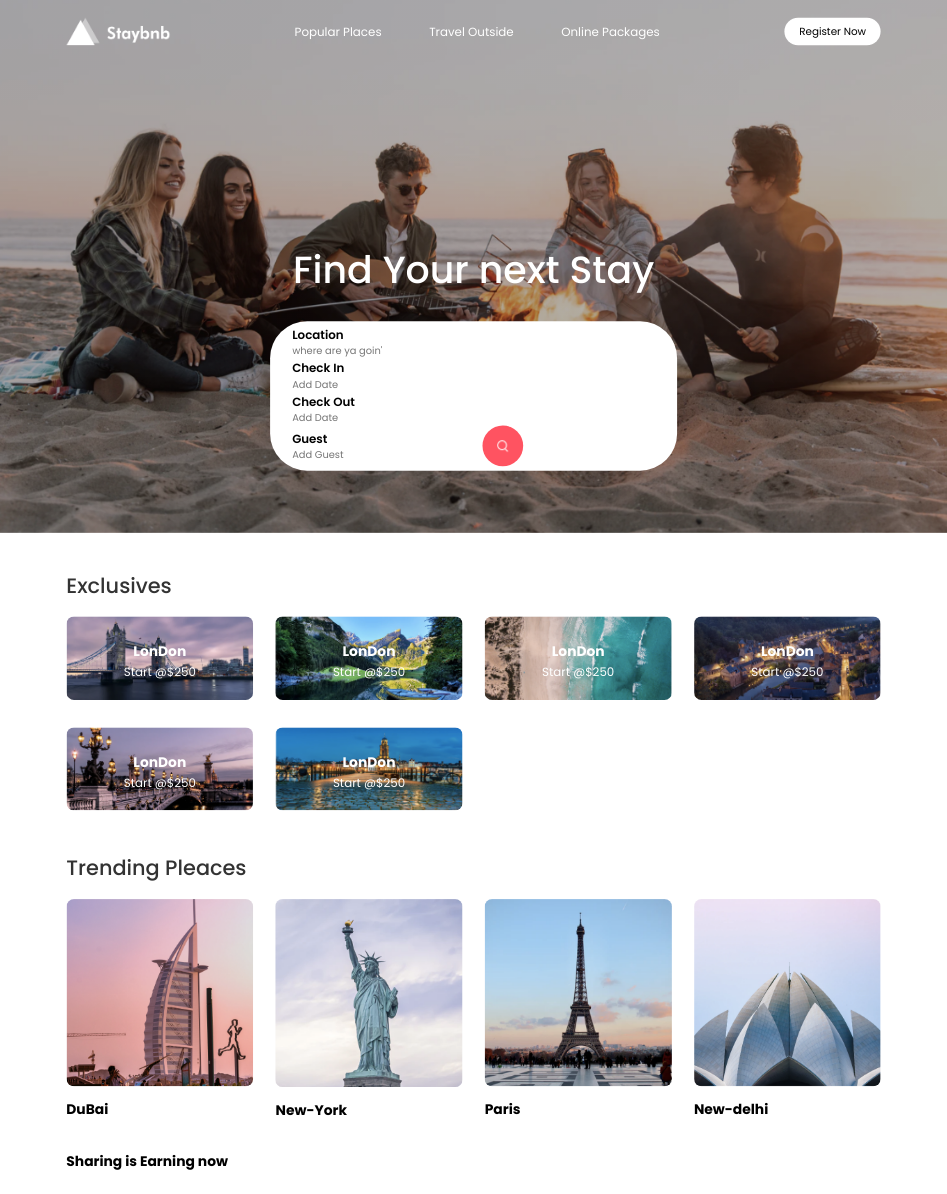
Repository: pinocoding/AirBnB
Page: house.html
An editor plug-in stored every save of this project. The page is shown before and after the next save, followed by the edit.
The browser window is 1280 px wide. The pictures show the whole page, at 74% of full size.

Above is the page before, as saved 2022-01-23 15:39:27.

### house.html
<!DOCTYPE html>
<html lang="en">
<head>
  <meta charset="UTF-8">
  <meta http-equiv="X-UA-Compatible" content="IE=edge">
  <meta name="viewport" content="width=device-width, initial-scale=1.0">
  <link rel="stylesheet" href="./style.css">
  <title>AirBnB</title>
</head>
<body>
  <!-- header -->
  <div class="header">
   <nav>
     <img src="/images/logo.png" class="logo" alt="blem" >
     <ul class="nav-links">
       <li><a href="#">Popular Places</a></li>
       <li><a href="#">Travel Outside</a></li>
       <li><a href="#">Online Packages</a></li>
     </ul>
     <a href="#"class="regiser-btn">Register Now</a>
   </nav>
   <div class="container">
     <h1>
       Find Your next Stay
     </h1>
     <div class="search-bar">
       <form >
         <div class="location-input">
           <label for="">Location</label>
           <input type="text" placeholder="where are ya goin'">
         </div>
         <div>
          <label for="">Check In </label>
          <input type="text" placeholder="Add Date">
        </div>
        <div>
          <label for="">Check Out</label>
          <input type="text" placeholder="Add Date">
        </div>
        <div>
          <label for="">Guest</label>
          <input type="text" placeholder="Add Guest">
        </div>
        <button type="submit">
          <img src="/images/search.png" alt="blem" >
        </button>
       </form>
     </div>


   </div>
   <!-- IMG gallary  -->


<!-- ---------Container------ -->

  </div>
  <div class="container">
    <h2 class="sub-title">Exclusives</h2>
    <div class="exclusives">
   <div>
     <img src="/images/image-1.png" alt="">
     <span>
       <h3>
         LonDon
       </h3>
       <p>
         Start @$250
       </p>
     </span>
   </div>
   <div>
    <img src="/images/image-2.png" alt="">
    <span>
      <h3>
        LonDon
      </h3>
      <p>
        Start @$250
      </p>
    </span>
  </div>
  <div>
    <img src="/images/image-3.png" alt="">
    <span>
      <h3>
        LonDon
      </h3>
      <p>
        Start @$250
      </p>
    </span>
  </div>
  <div>
    <img src="/images/image-4.png" alt="">
    <span>
      <h3>
        LonDon
      </h3>
      <p>
        Start @$250
      </p>
    </span>
  </div>
  <div>
    <img src="/images/image-5.png" alt="">
    <span>
      <h3>
        LonDon
      </h3>
      <p>
        Start @$250
      </p>
    </span>
  </div>
  <div>
    <img src="/images/image-6.png" alt="">
    <span>
      <h3>
        LonDon
      </h3>
      <p>
        Start @$250
      </p>
    </span>
  </div>
    </div>
    <h2 class="sub-title">
      Trending Pleaces
    </h2>
    <div class="trending">
      <div>
        <img src="/images/dubai.png" alt="blem" >
        <h3>DuBai</h3>
      </div>
      <div>
        <img src="/images/new-york.png" alt="blem" >
        <h3>New-York</h3>
      </div>
      <div>
        <img src="/images/paris.png" alt="blem" >
        <h3>Paris</h3>
      </div>
      <div>
        <img src="/images/new-delhi.png" alt="blem" >
        <h3>New-delhi</h3>
      </div>
      <div class="cta">
        <h3>Sharing is Earning now</h3>

      </div>

      </div>

<!--  -->

</div>
</body>
<script src="./function.js"></script>
</html>

### style.css
@import url('https://fonts.googleapis.com/css2?family=Poppins:wght@300;400;500;600;700&display=swap');
:root {
  --text-colorWhite : #fff;
  --text-colorBlack : #000;
  --background  : #fff;
}
* {
  margin: 0;
  padding: 0;
  box-sizing: border-box;
  font-family: 'Poppins', sans-serif;
}
.header {
  min-height: 100vh;
  width: 100%;
  background-image:linear-gradient(rgba(0,0,0,0.3),rgba(0,0,0,0.3)),url(/images/banner.png);
  background-size: cover;
  background-position: center;
}
nav {
  display: flex;
  align-items: center;
  justify-content: space-between;
  padding: 20px  7%;
}
.logo {
  width: 140px;
  cursor: pointer;
}
.nav-links li {
  list-style: none;
  display: inline-block;
  margin : 10px 30px
}
.nav-links li a {
  text-decoration: none;
  color: var(--text-colorWhite);
}
 .regiser-btn {
   background:var(--background) ;
   color: #000;
   padding:8px 20px;
   border-radius: 20px;
   font-size: 14px;
   text-decoration: none;
  outline: none;

}
.container {
  padding :0 7%;
}
.container h1  {
font-size: 4vw;
font-weight: 500;
color: var(--text-colorWhite);
text-align: center;
padding-top: 22%

}
.search-bar {
  background: var(--background);
  width: 50%;
  margin: 30px auto;
  padding: 6px 10px 6px 30px;
  border-radius: 50px;

}
.search-bar form {
  display:  flex;
  align-items: center;
  flex-wrap: wrap;
}
.search-bar form input {
  display: block;
  border: 0;
  outline: none;
  background: transparent;
}
.search-bar form button {
  background: #ff5361;
  width: 55px;
  height: 55px;
  border-radius: 50%;
  outline: none;
  border: 0;
  cursor: pointer;
}
.search-bar form button img {
  width: 15px;
  margin-top: 7px;
}
.location-input {
  flex: 1;
}
.search-bar form label {
  font-weight: 600;
}
/* ---------Exclusives--------- */
.sub-title {
  margin:  50px 0 20px;
  font-size: 2.2vw;
  font-weight: 500;
  color: #333;
}
.exclusives {

  display: grid ;
  grid-template-columns: repeat(auto-fit,minmax(200px,1fr));
  grid-gap: 30px


}
.exclusives div img {
  width:100% ;
  border-radius: 10px;
}
.exclusives div {
  position: relative;
}
.exclusives div span {
  position:absolute;
  top : 50%;
  left: 50%;
  transform: translate(-50%,-50%);
  color: var(--text-colorWhite);
  text-align: center;
  cursor: pointer;
}
/* ------------Trending Please---------------------- */
.trending {

  display: grid ;
  grid-template-columns: repeat(auto-fit,minmax(200px,1fr));
  grid-gap: 30px;
  margin-bottom :30px;


}
.trending div img {
  width:100% ;
  border-radius: 10px;
}
.trending h3 {
  font-size: 600;
  margin-top :10px
}

Loaded but not shown: function.js (no copy from this time; the picture is the same without it)

After the next save:
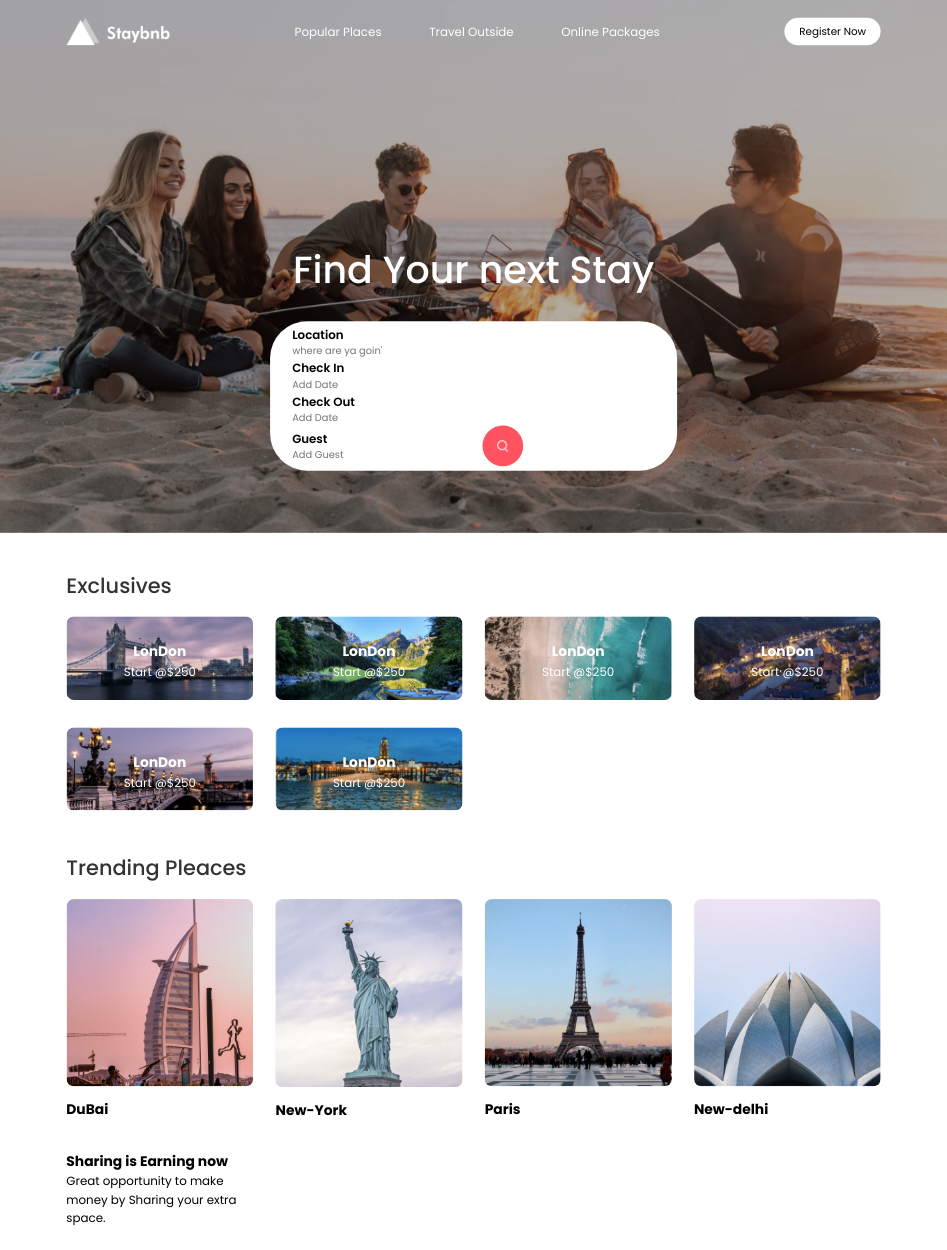
Saved 38 s later.
--- a/house.html
+++ b/house.html
@@ -147,7 +147,7 @@
       </div>
       <div class="cta">
         <h3>Sharing is Earning now</h3>
-
+<p>Great opportunity to make money by Sharing your extra space.</p>
       </div>
 
       </div>
